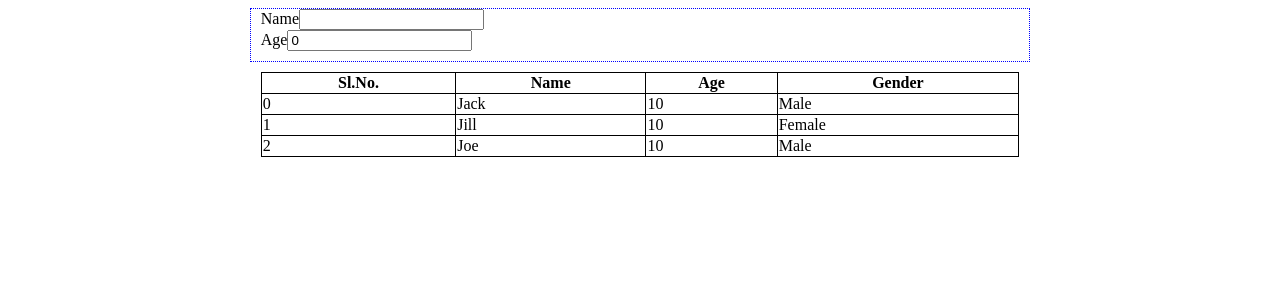
Repository: tysonpaul89/vue-student-crud
Page: /
The author's editor kept a copy of each file at every save. The page is drawn from the files as they stood at one save, then again after the next save.
The browser window is 1280 px wide. The pictures show the whole page.
The project was rebuilt for these pictures with package versions that can differ from the ones it lists, and the page was loaded fresh each time.

Above is the page before, as saved 2020-04-10 17:32:24.

After the next save:
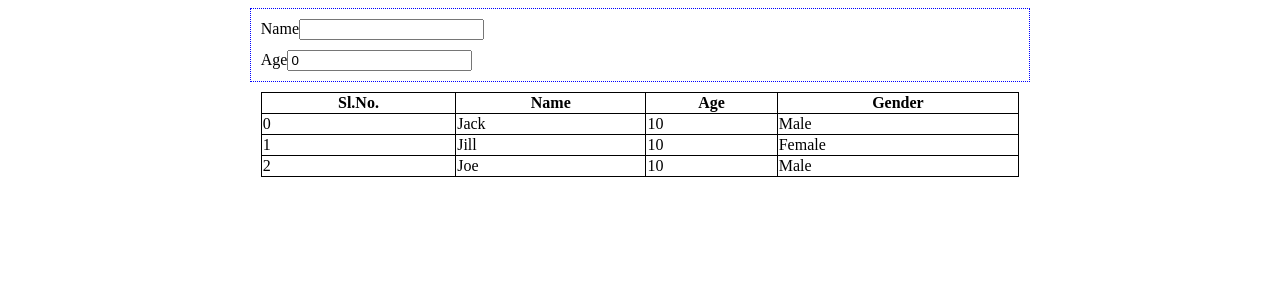
Saved 60 s later.
--- a/src/components/StudentForm.vue
+++ b/src/components/StudentForm.vue
@@ -38,9 +38,7 @@ export default {
   padding: 0 10px 10px 10px;
 }
 
-.form-group label
-.form-group input {
-  /* margin-right: 10px; */
+.form-group {
   padding-top: 10px;
 }
 </style>
